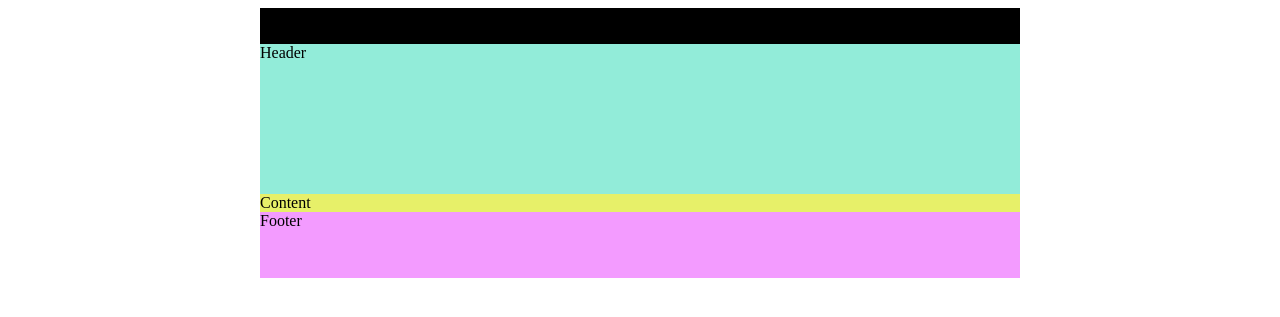
Repository: Bearli-py/latihan_bisdig
Page: index.html
These files come from the project's save history. The page is drawn as it stood at one moment and after the next save; the edit follows.
The browser window is 1280 px wide. The pictures show the whole page.

Above is the page before, as saved 2025-09-09 15:13:22.

### index.html
<!DOCTYPE html>
<html lang="en">
<head>
    <meta charset="UTF-8">
    <meta name="viewport" content="width=device-width, initial-scale=1.0">
    <link rel="stylesheet" href="style.css">
    <title>Judul</title>

</head>
<body>
    <div id="page-container"> Maria Maksalina Maghfiroh
        <div id="main-nav">Main Nav</div>
        <div id="header">Header</div>
        <div id="content">Content</div>
        <div id="footer">Footer</div>
    </div>

</body>
</html>

### style.css
#page-container {
    width: 760px;
    margin: auto;
    background: rgb(0, 0, 0);
    text-align: left;
}
#header {
background: rgb(146, 236, 217);
height: 150px;
}
#content {
background: rgb(231, 240, 105);
}
#footer {
background: rgb(243, 155, 255);
height: 66px;
}

After the next save:
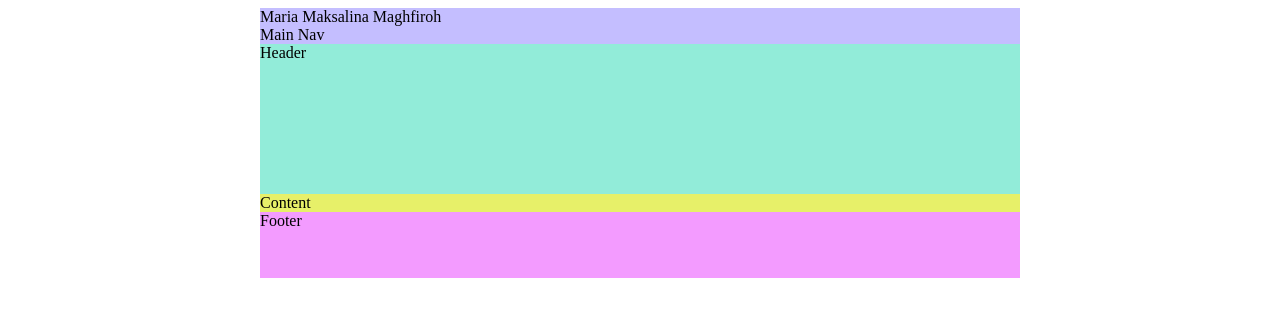
Saved 51 s later.
--- a/style.css
+++ b/style.css
@@ -1,7 +1,7 @@
 #page-container {
     width: 760px;
     margin: auto;
-    background: rgb(0, 0, 0);
+    background: rgb(196, 190, 255);
     text-align: left;
 }
 #header {
